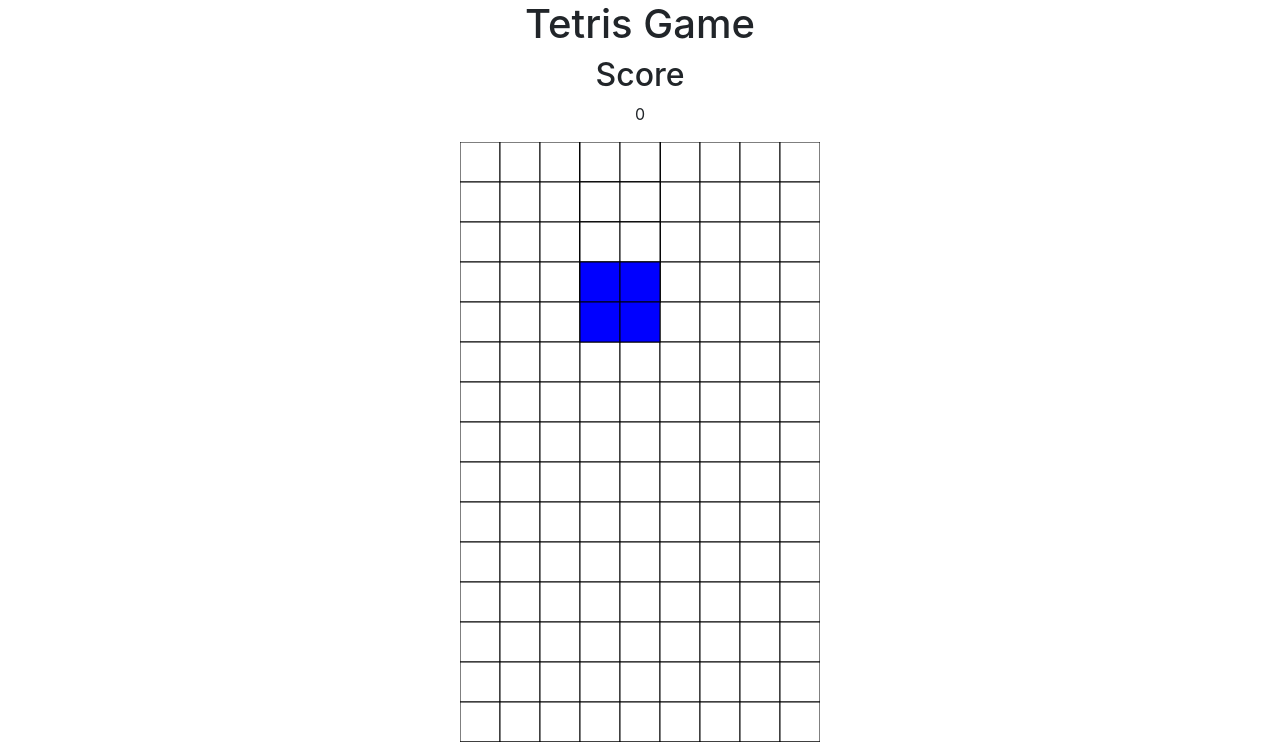
Repository: nlbien22/games
Page: Tetris/index.html
An editor plug-in stored every save of this project. The page is shown before and after the next save, followed by the edit.
The browser window is 1280 px wide. The pictures show the whole page.

Above is the page before, as saved 2024-11-14 22:14:03.

### Tetris/index.html
<!DOCTYPE html>
<html lang="en">
<head>
    <meta charset="UTF-8">
    <meta name="viewport" content="width=device-width, initial-scale=1.0">
    <title>Tetris</title>
    <!-- boóttap -->
    <link rel="stylesheet" href="https://stackpath.bootstrapcdn.com/bootstrap/4.5.2/css/bootstrap.min.css">
</head>
<body>
    <h1 class="text-center">Tetris Game</h1>
    <div class="score-box text-center">
        <h2>Score</h2>
        <p id="score">0</p>
    </div>
    <div class="game text-center">
        <canvas id="tetris" width="360" height="600">
        </canvas>
    </div>
    <script src="shapes.js"></script>
    <script src="script.js"></script>
</body>
</html>

### Tetris/shapes.js
const I = [
    [
        [1, 1, 1, 1],
        [0, 0, 0, 0],
        [0, 0, 0, 0],
        [0, 0, 0, 0]
    ],
    [
        [0, 0, 1, 0],
        [0, 0, 1, 0],
        [0, 0, 1, 0],
        [0, 0, 1, 0]
    ],
    [
        [0, 0, 0, 0],
        [0, 0, 0, 0],
        [1, 1, 1, 1],
        [0, 0, 0, 0]
    ],
    [
        [0, 1, 0, 0],
        [0, 1, 0, 0],
        [0, 1, 0, 0],
        [0, 1, 0, 0]
    ],
];

const J = [
    [
        [1, 0, 0],
        [1, 1, 1],
        [0, 0, 0]
    ],
    [
        [0, 1, 1],
        [0, 1, 0],
        [0, 1, 0]
    ],
    [
        [0, 0, 0],
        [1, 1, 1],
        [0, 0, 1]
    ],
    [
        [0, 1, 0],
        [0, 1, 0],
        [1, 1, 0]
    ]
];

const L = [
    [
        [0, 0, 1],
        [1, 1, 1],
        [0, 0, 0]
    ],
    [
        [0, 1, 0],
        [0, 1, 0],
        [0, 1, 1]
    ],
    [
        [0, 0, 0],
        [1, 1, 1],
        [1, 0, 0]
    ],
    [
        [1, 1, 0],
        [0, 1, 0],
        [0, 1, 0]
    ]
];

const O = [
    [
        [1, 1],
        [1, 1]
    ]
];

const S = [
    [
        [0, 1, 1],
        [1, 1, 0],
        [0, 0, 0]
    ],
    [
        [0, 1, 0],
        [0, 1, 1],
        [0, 0, 1]
    ],
    [
        [0, 0, 0],
        [0, 1, 1],
        [1, 1, 0]
    ],
    [
        [1, 0, 0],
        [1, 1, 0],
        [0, 1, 0]
    ]
];

const T = [
    [
        [0, 1, 0],
        [1, 1, 1],
        [0, 0, 0]
    ],
    [
        [0, 1, 0],
        [0, 1, 1],
        [0, 1, 0]
    ],
    [
        [0, 0, 0],
        [1, 1, 1],
        [0, 1, 0]
    ],
    [
        [0, 1, 0],
        [1, 1, 0],
        [0, 1, 0]
    ]
];

const Z = [
    [
        [1, 1, 0],
        [0, 1, 1],
        [0, 0, 0]
    ],
    [
        [0, 0, 1],
        [0, 1, 1],
        [0, 1, 0]
    ],
    [
        [0, 0, 0],
        [1, 1, 0],
        [0, 1, 1]
    ],
    [
        [0, 1, 0],
        [1, 1, 0],
        [1, 0, 0]
    ]
];

const SHAPES = [I, J, L, O, S, T, Z];

### Tetris/script.js
const canvas = document.getElementById('tetris');
const context = canvas.getContext('2d');

const ROW = 60;
const COL = 9;
const SQ = 40;
const COLOR = 'WHITE';
let board = [];

function drawSquare(x, y, color) {
    context.fillStyle = color;
    context.fillRect(x * SQ, y * SQ, SQ, SQ);
    context.strokeStyle = 'BLACK';
    context.lineWidth = 1;
    context.strokeRect(x * SQ, y * SQ, SQ, SQ);
}


for (let r = 0; r < ROW; r++) {
    board[r] = [];
    for (let c = 0; c < COL; c++) {
        board[r][c] = COLOR;
    }
}

function drawBoard() {
    for (let r = 0; r < ROW; r++) {
        for (let c = 0; c < COL; c++) {
            drawSquare(c, r, board[r][c]);
            // break;
        }
    }
}

drawBoard();

class Piece {
    constructor(tetri, color) {
        this.tetri = tetri;
        this.color = color;
        this.tetriN = 0;
        this.activeTetri = this.tetri[this.tetriN];
        this.x = 3;
        this.y = -2;
    }

    fill(color) {
        for (let r = 0; r < this.activeTetri.length; r++) {
            for (let c = 0; c < this.activeTetri.length; c++) {
                if (this.activeTetri[r][c]) {
                    drawSquare(this.x + c, this.y + r, color);
                }
            }
        }
    }

    draw() {
        this.fill(this.color);
    }

    unDraw() {
        this.fill(COLOR);
    }

    moveDown() {
        if (!this.collision(0, 1, this.activeTetri)) {
            this.unDraw();
            this.y++;
            this.draw();
        } else {
            this.lock();
            p = randomPiece();
        }
    }

    moveRight() {
        if (!this.collision(1, 0, this.activeTetri)) {
            this.unDraw();
            this.x++;
            this.draw();
        }
    }

    moveLeft() {
        if (!this.collision(-1, 0, this.activeTetri)) {
            this.unDraw();
            this.x--;
            this.draw();
        }
    }

    rotate() {
        let nextPattern = this.tetri[(this.tetriN + 1) % this.tetri.length];
        let kick = 0;

        if (this.collision(0, 0, nextPattern)) {
            if (this.x > COL / 2) {
                kick = -1;
            } else {
                kick = 1;
            }
        }

        if (!this.collision(kick, 0, nextPattern)) {
            this.unDraw();
            this.x += kick;
            this.tetriN = (this.tetriN + 1) % this.tetri.length;
            this.activeTetri = this.tetri[this.tetriN];
            this.draw();
        }
    }

    collision(x, y, piece) {
        for (let r = 0; r < piece.length; r++) {
            for (let c = 0; c < piece.length; c++) {
                if (!piece[r][c]) {
                    continue;
                }

                let newX = this.x + c + x;
                let newY = this.y + r + y;

                if (newX < 0 || newX >= COL || newY >= ROW) {
                    return true;
                }

                if (newY < 0) {
                    continue;
                }

                if (board[newY][newX] !== COLOR) {
                    return true;
                }
            }
        }
        return false;
    }

    lock() {
        for (let r = 0; r < this.activeTetri.length; r++) {
            for (let c = 0; c < this.activeTetri.length; c++) {
                if (!this.activeTetri[r][c]) {
                    continue;
                }

                if (this.y + r < 0) {
                    alert('Game Over');
                    gameOver = true;
                    break;
                }

                board[this.y + r][this.x + c] = this.color;
            }
        }
    }
}

const PIECES = [
    [Z, 'red'],
    [S, 'green'],
    [T, 'yellow'],
    [O, 'blue'],
    [L, 'purple'],
    [I, 'cyan'],
    [J, 'orange']
];

let p = randomPiece();

function randomPiece() {
    let r = Math.floor(Math.random() * PIECES.length);
    return new Piece(PIECES[r][0], PIECES[r][1]);
}

document.addEventListener('keydown', function (e) {
    if (e.keyCode === 37) {
        p.moveLeft();
        dropStart = Date.now();
    } else if (e.keyCode === 38) {
        p.rotate();
        dropStart = Date.now();
    } else if (e.keyCode === 39) {
        p.moveRight();
        dropStart = Date.now();
    } else if (e.keyCode === 40) {
        p.moveDown();
    }
});

let gameOver = false;

function drop() {
    interval = setInterval(function () {
        if (!gameOver) {
            p.moveDown();
        } else {
            clearInterval(interval);
        }
    }, 1000);
}

drop();

After the next save:
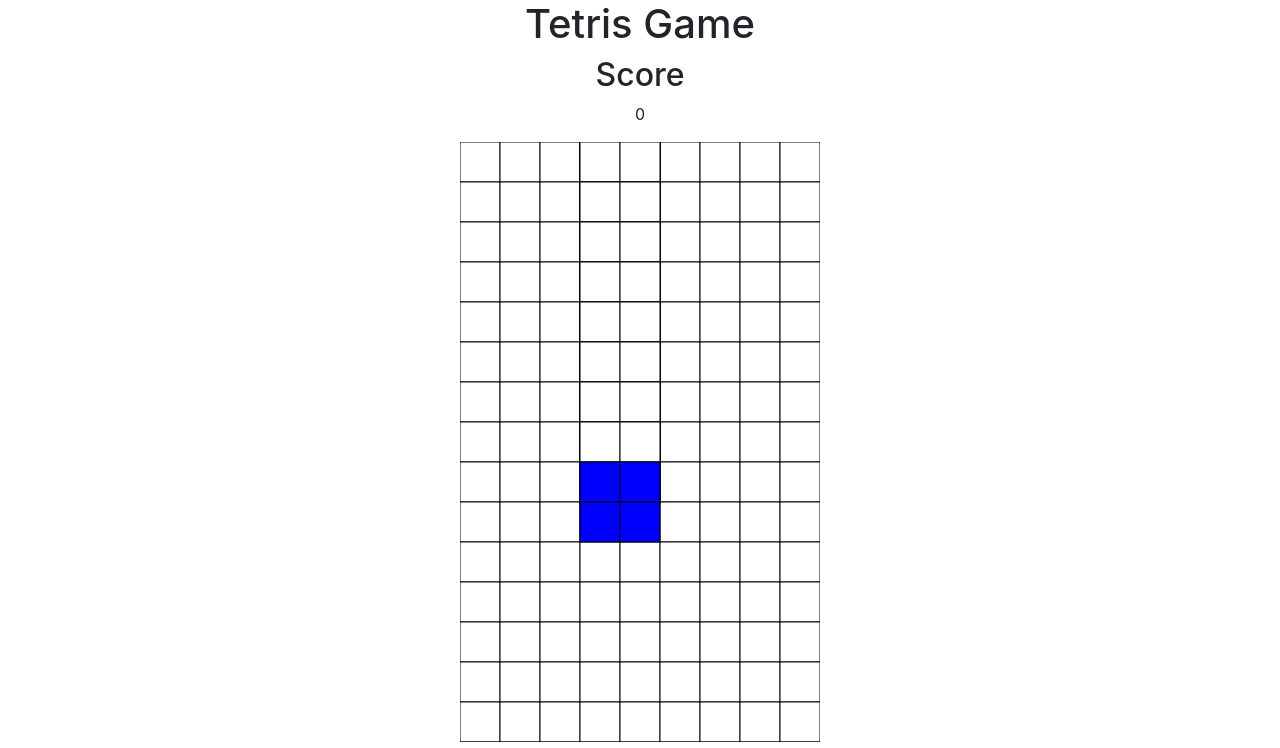
Saved 43 s later.
--- a/Tetris/script.js
+++ b/Tetris/script.js
@@ -196,7 +196,7 @@
         } else {
             clearInterval(interval);
         }
-    }, 1000);
+    }, 500);
 }
 
 drop();
